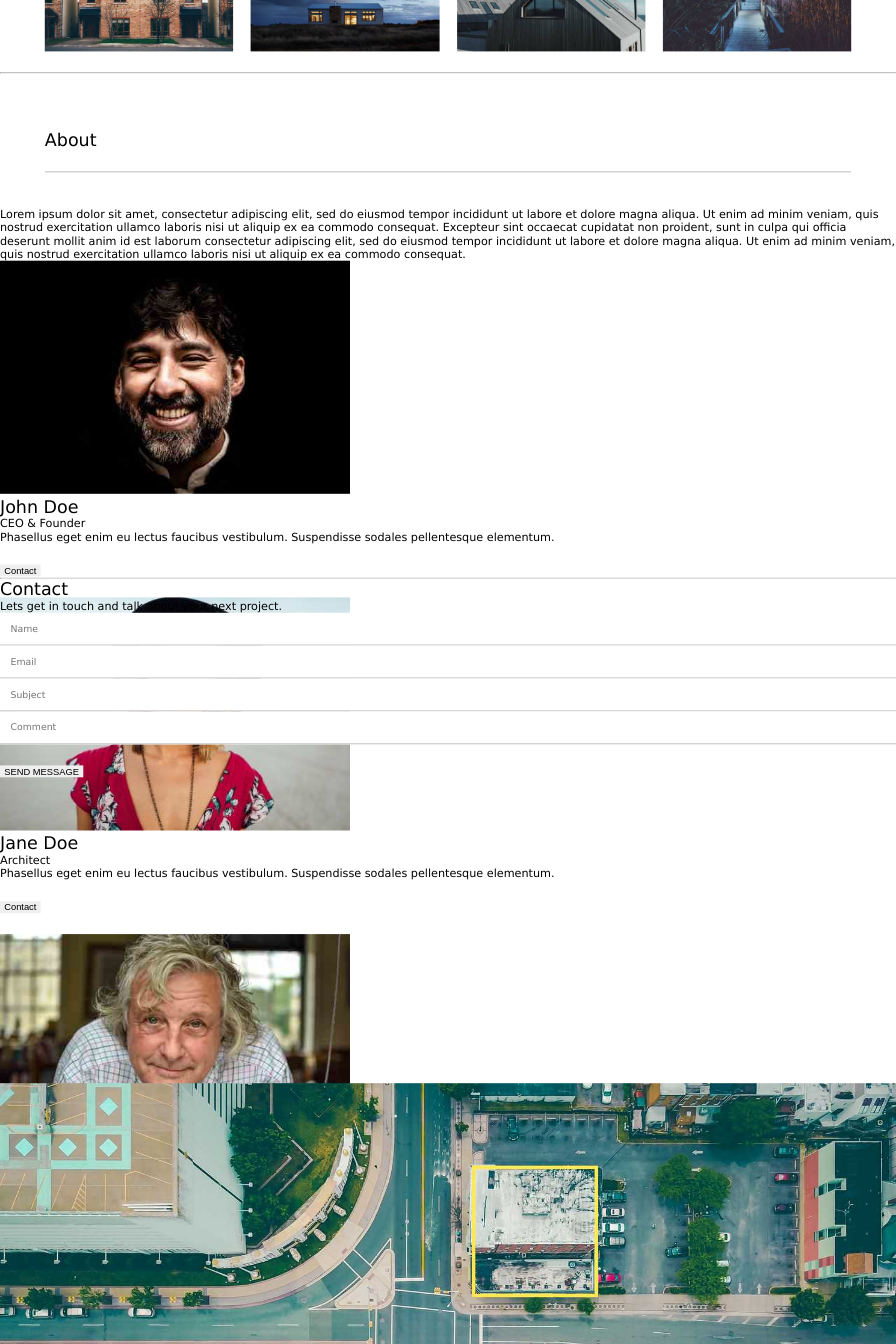
Repository: hesshess/clonecoding-assignment
Page: 2-ba-architects/template2.html
These files come from the project's save history. The page is drawn as it stood at one moment and after the next save; the edit follows.
The browser window is 1280 px wide. The pictures show the part of the page from y = 1268 to 3188 px (the page is 3636 px tall), at 70% of full size.

Above is the page before, as saved 2022-03-15 20:02:53.

After the next save:
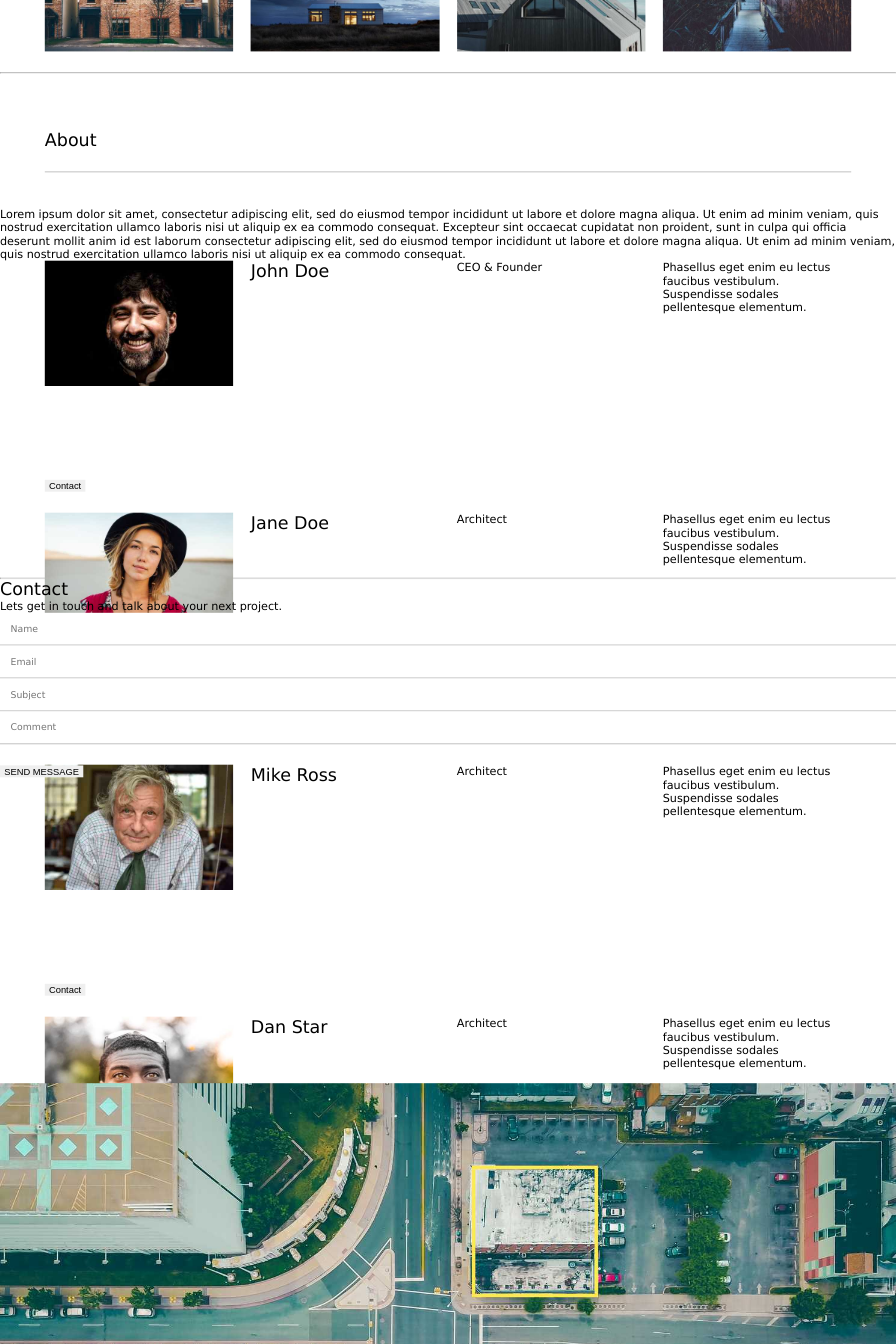
Saved 78 s later.
--- a/2-ba-architects/template2.css
+++ b/2-ba-architects/template2.css
@@ -146,3 +146,12 @@ div.house__name {
   top: 0;
   bottom: 0;
 }
+
+div.team-mem {
+  margin: auto;
+  width: 90%;
+  display: grid;
+  gap: 25px;
+  height: 50vh;
+  grid-template: 'box box box box' 1fr / 1fr 1fr 1fr 1fr;
+}
